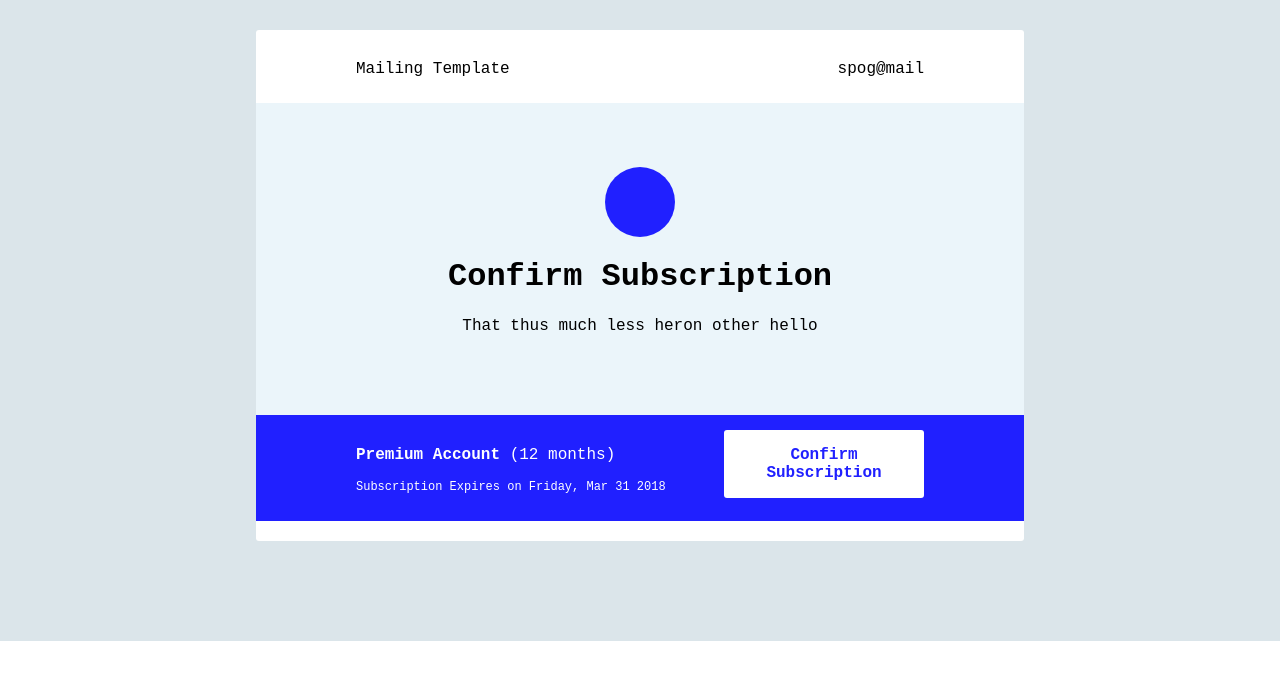
Repository: Lecon-Git/Appmail-Template
Page: mail.html
The author's editor kept a copy of each file at every save. The page is drawn from the files as they stood at one save, then again after the next save.
The browser window is 1280 px wide. The pictures show the whole page.

Above is the page before, as saved 2021-11-01 21:57:02.

### mail.html
<!DOCTYPE html>
<html lang="en">

<head>
    <meta charset="UTF-8">
    <meta http-equiv="X-UA-Compatible" content="IE=edge">
    <meta name="viewport" content="width=device-width, initial-scale=1.0">
    <title>Service Confirmation</title>
    <link rel="stylesheet" href="css/mail.css">
</head>

<body>
    <div class="container">
        <div class="main">
            <div class="head_1">
                <span class="logo">Mailing Template</span>
                <span class="username">spog@mail</span>
            </div>
            <div class="subscribe">
                <div class="circle"></div>
                <h1>Confirm Subscription</h1>
                <p>That thus much less heron other hello</p>
            </div>
            <div class="premium">
                <div class="text">
                    <p><strong>Premium Account</strong> (12 months)</p>
                    <p id="small">Subscription Expires on Friday, Mar 31 2018</p>
                </div>
                <div class="sub_btn">Confirm Subscription</div>
            </div>
        </div>
    </div>
</body>

</html>

### css/mail.css
body {
    margin: 0;
    font-family: "Courier New", Courier, monospace;
}

.container {
    padding: 30px 0 100px;
    background-color: #dbe5ea;
}

.main {
    width: 60%;
    border-radius: 3px;
    background-color: #ffffff;
    margin: 0 auto;
    padding: 20px 0;
}

.head_1 {
    display: flex;
    flex-direction: row;
    padding: 10px 100px 25px;
}

.head_1 span {
    flex: 1;
}

.logo {}

.username {
    text-align: right;
}

.subscribe {
    background-color: #ebf5fa;
    padding: 64px 0;
    text-align: center;
}

.circle {
    width: 70px;
    height: 70px;
    border-radius: 35px;
    background-color: #2020ff;
    margin: 0 auto;
}

.premium {
    background-color: #2020ff;
    color: #fff;
    display: flex;
    flex-direction: row;
    padding: 15px 100px;
    align-items: baseline;
    box-sizing: border-box;
}

.text {
    flex: 2;
    font-size: 16px;
}

#small {
    font-size: 12px;
}

.sub_btn {
    flex: 1;
    background-color: #fff;
    color: #2020ff;
    padding: 16px 8px;
    text-align: center;
    border-radius: 3px;
    font-weight: bolder;
}

After the next save:
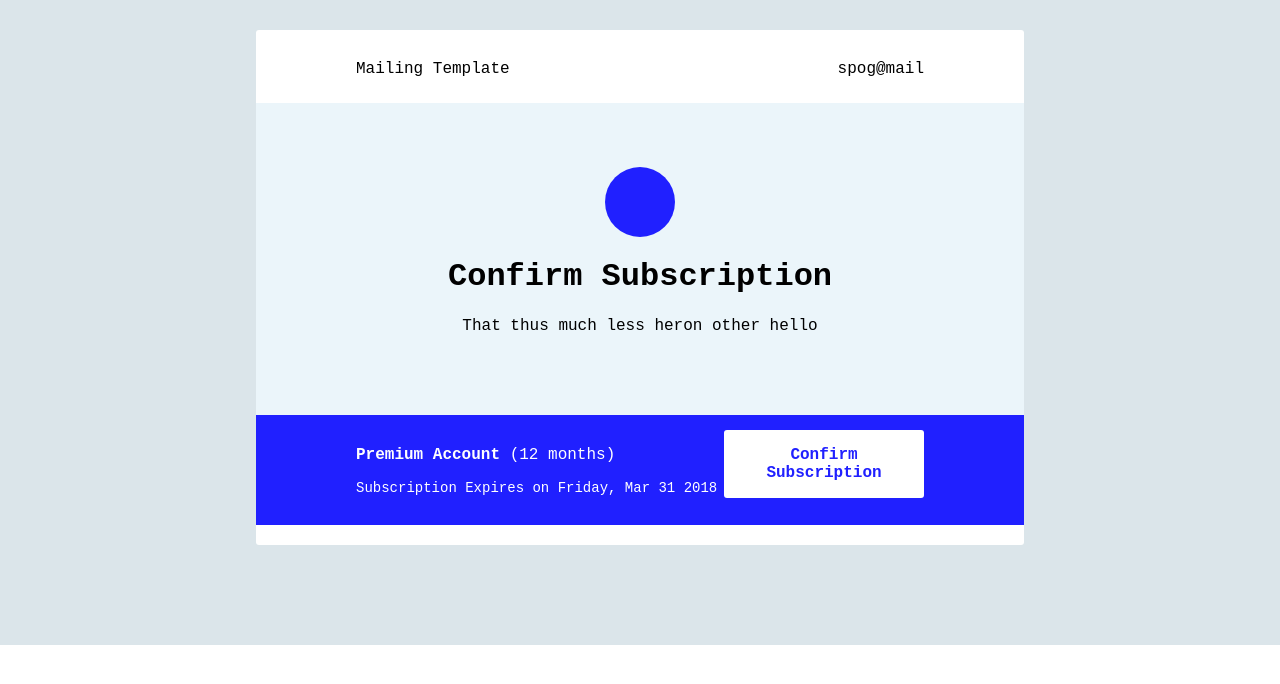
Saved 10 s later.
--- a/css/mail.css
+++ b/css/mail.css
@@ -62,7 +62,7 @@ body {
 }
 
 #small {
-    font-size: 12px;
+    font-size: 14px;
 }
 
 .sub_btn {
